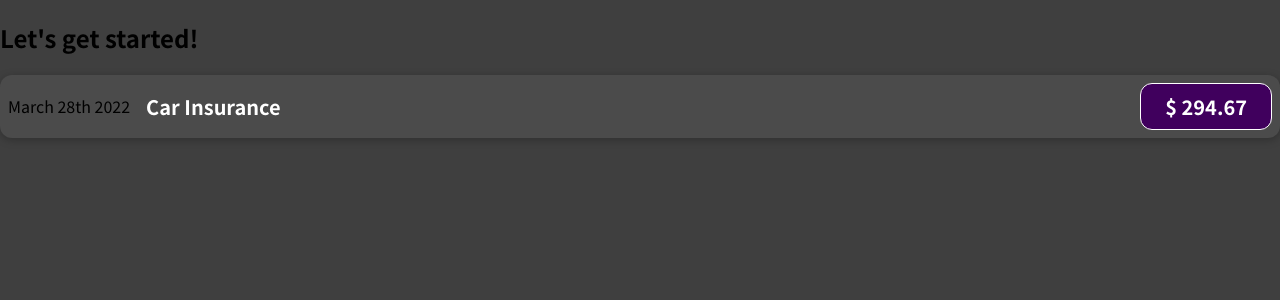
Repository: Dark-Developer93/react-complete-guide
Page: /
An editor plug-in stored every save of this project. The page is shown before and after the next save, followed by the edit.
The browser window is 1280 px wide. The pictures show the whole page.
The project was rebuilt for these pictures with package versions that can differ from the ones it lists, and the page was loaded fresh each time.

Above is the page before, as saved 2022-11-04 16:08:40.

After the next save:
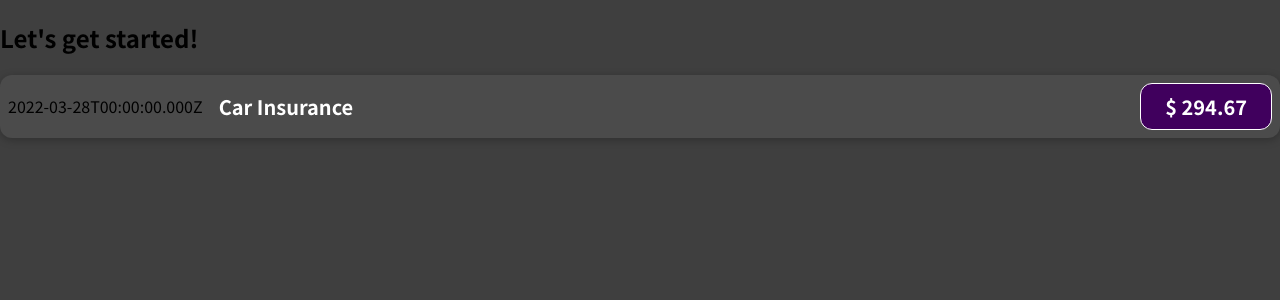
Saved 9 s later.
--- a/src/components/ExpenseItem.js
+++ b/src/components/ExpenseItem.js
@@ -7,7 +7,7 @@ const ExpenseItem = () => {
 
   return (
     <div className="expense-item">
-      <div>March 28th 2022</div>
+      <div>{expenseDate.toISOString()}</div>
       <div className="expense-item__description">
         <h2>{expenseTitle}</h2>
         <div className="expense-item__price">$ {expenseAmount}</div>
